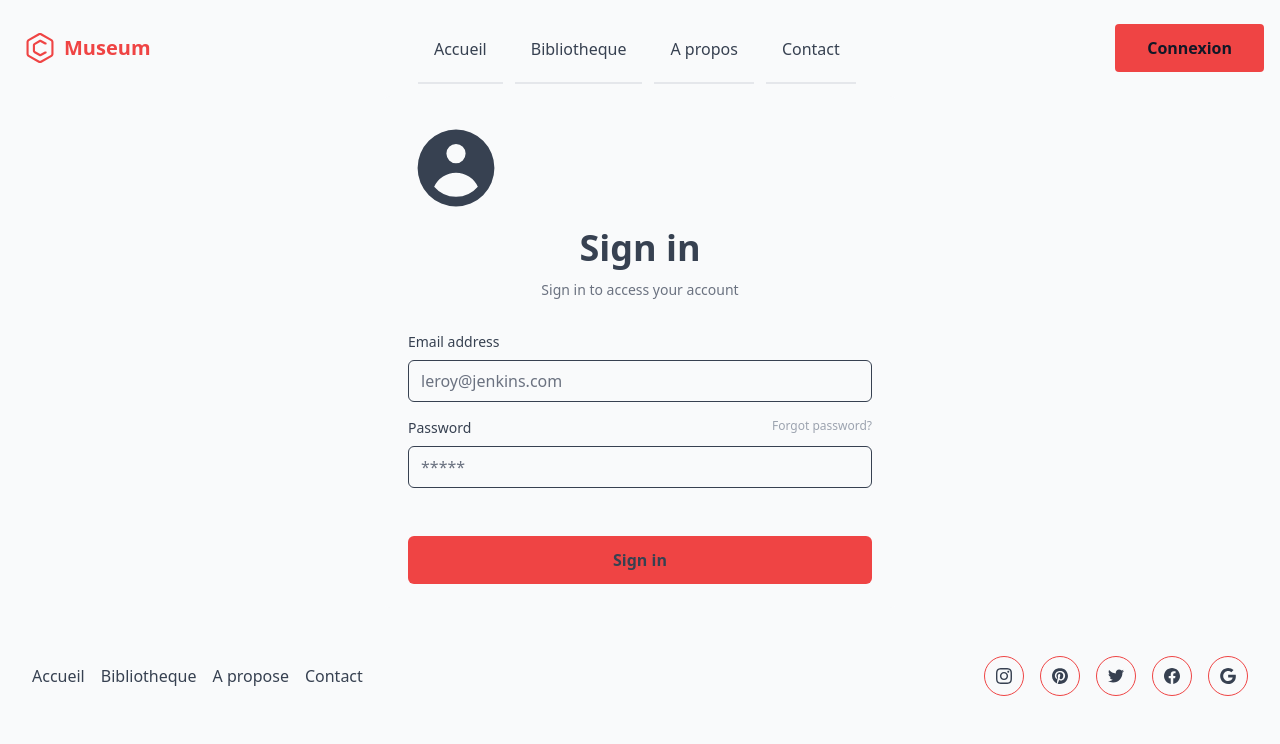
Repository: erulabs243/museum
Page: /login
An editor plug-in stored every save of this project. The page is shown before and after the next save, followed by the edit.
The browser window is 1280 px wide. The pictures show the whole page.
The project was rebuilt for these pictures with package versions that can differ from the ones it lists, and the page was loaded fresh each time. Also part of the build but not shown: vite.config.js, src/pages/admin/Home.jsx, src/pages/commons/NotFound.jsx, src/components/atoms/TagBadge.jsx, src/components/atoms/MyAudioPlayer.jsx, src/components/atoms/MyVideoPlayer.jsx, src/components/atoms/MediaCard.jsx, src/components/sections/Testimonial.jsx and 16 more.

Above is the page before, as saved 2022-08-10 19:00:01.

### index.html
<!DOCTYPE html>
<html lang="en">
  <head>
    <meta charset="UTF-8" />
    <link rel="icon" type="image/svg+xml" href="/vite.svg" />
    <link rel="stylesheet" href="src/theme/App.css">
    <meta name="viewport" content="width=device-width, initial-scale=1.0" />
    <title>Museum...</title>
  </head>
  <body class="bg-gray-50">
    <div id="root"></div>
    <script type="module" src="/src/main.jsx"></script>
  </body>
</html>

### src/App.jsx
'use strict';

import {BrowserRouter, Route, Routes} from 'react-router-dom';
import { AdminRoutes, CommonsRoutes, UserRoutes, AuthRoutes } from './routes';

const App = () => {
  return (
      <BrowserRouter>
        <Routes>
          {AuthRoutes.map(route => <Route path={route.path} key={route.path} element={route.element} />)}
          {UserRoutes.map(route => <Route path={route.path} key={route.path} element={route.element} />)}
          {AdminRoutes.map(route => <Route path={route.path} key={route.path} element={route.element} />)}
          {CommonsRoutes.map(route => <Route path={route.path} key={route.path} element={route.element} />)}
        </Routes>
      </BrowserRouter>
  );
};

export default App

### src/routes/index.jsx
'use strict';

import AdminRoutes from "./AdminRoutes";
import CommonsRoutes from "./CommonsRoutes";
import UserRoutes from "./UserRoutes";
import AuthRoutes from "./AuthRoutes";

export {UserRoutes, AdminRoutes, CommonsRoutes, AuthRoutes};

### src/routes/AdminRoutes.jsx
'use strict';

import { Home } from "../pages/admin";

const AdminRoutes = [
    {
        path: '/admin',
        element: <Home />
    }
];

export default AdminRoutes;

### src/routes/CommonsRoutes.jsx
'use strict';

import { NotFound } from '../pages/commons';

const CommonsRoutes = [
    {
        path: '*',
        element: <NotFound />
    }
];

export default CommonsRoutes;

### src/routes/UserRoutes.jsx
'use strict';

import {
    About,
    Contact,
    Gallery,
    Home,
    Library,
    Podcast,
    Story,
    Testimonials,
    Videos
} from '../pages/user';

const UserRoutes = [
    {
        path: '/',
        element: <Home />
    },
    {
        path: '/contact',
        element: <Contact />
    },
    {
        path: '/library',
        element: <Library />
    },
    {
        path: '/stories',
        element: <Testimonials />
    },
    {
        path: '/stories/:slug',
        element: <Story />
    },
    {
        path: '/gallery',
        element: <Gallery />
    },
    {
        path: '/videos',
        element: <Videos />
    },
    {
        path: '/podcast',
        element: <Podcast />
    },
    {
        path: '/about',
        element: <About />
    }
];

export default UserRoutes;

### src/routes/AuthRoutes.jsx
'use strict';

import { Login } from '../pages/auth';

const AuthRoutes = [
    {
        path: '/login',
        element: <Login />
    }
];

export default AuthRoutes;

### src/pages/admin/index.jsx
'use strict';

import Home from './Home';

export {Home};

### src/pages/commons/index.jsx
'use strict';

import NotFound from './NotFound';

export { NotFound };

### src/pages/user/index.jsx
'use strict';

import Blog from './Blog';
import Contact from './Contact';
import Gallery from './Gallery';
import Library from './Library';
import Podcast from './Podcast';
import Testimonials from './Testimonials';
import Videos from './Videos';
import Home from './Home';
import Story from './Story';
import About from './About';

export { Home, Blog, Contact, Gallery, Library, Podcast, Testimonials, Videos, Story, About };

### src/pages/auth/index.jsx
'use strict';

import Login from "./Login";

export {Login};

### src/pages/auth/Login.jsx
'use strict';

import { UserCircleIcon } from '@heroicons/react/solid';
import { Navbar, Footer } from '../../components/sections';

const Login = () => {
    return (
        <main>
            <Navbar />

            <div className="flex flex-col mx-auto max-w-lg p-6 py-48 rounded-md bg-gray-50 text-gray-700">
                <div className="mb-8 text-center">
                    <UserCircleIcon className="w-24 h-24" />
                    <h1 className="my-3 text-4xl font-bold">Sign in</h1>
                    <p className="text-sm text-gray-500">Sign in to access your account</p>
                </div>
                <form
                    noValidate=""
                    action=""
                    className="space-y-12 ng-untouched ng-pristine ng-valid">
                    <div className="space-y-4">
                        <div>
                            <label htmlFor="email" className="block mb-2 text-sm">
                                Email address
                            </label>
                            <input
                                type="email"
                                name="email"
                                id="email"
                                placeholder="leroy@jenkins.com"
                                className="w-full px-3 py-2 border rounded-md border-gray-700 bg-gray-50 text-gray-700"
                            />
                        </div>
                        <div>
                            <div className="flex justify-between mb-2">
                                <label htmlFor="password" className="text-sm">
                                    Password
                                </label>
                                <a
                                    rel="noopener noreferrer"
                                    href="#"
                                    className="text-xs hover:underline text-gray-400">
                                    Forgot password?
                                </a>
                            </div>
                            <input
                                type="password"
                                name="password"
                                id="password"
                                placeholder="*****"
                                className="w-full px-3 py-2 border rounded-md border-gray-700 bg-gray-50 text-gray-700"
                            />
                        </div>
                    </div>
                    <div className="space-y-2">
                        <div>
                            <button
                                type="button"
                                className="w-full px-8 py-3 font-semibold rounded-md bg-red-500 text-gray-700">
                                Sign in
                            </button>
                        </div>
                    </div>
                </form>
            </div>

            <Footer />
        </main>
    );
};

export default Login;

### src/components/sections/index.jsx
'use strict';

import Navbar from './Navbar';
import Footer from './Footer';
import Testimonial from './Testimonial';
import LibraryHeader from './LibraryHeader';
import Pagination from './Pagination';
import Article from './Article';
import Image from './Image';
import Modal from './Modal';

export { Navbar, Footer, Testimonial, LibraryHeader, Pagination, Article, Image, Modal };

### src/components/atoms/index.jsx
'use strict';

import NavLink from './headers/NavLink';
import Button from './headers/Button';
import TagBadge from './TagBadge';
import MyAudioPlayer from './MyAudioPlayer';
import MyVideoPlayer from './MyVideoPlayer';
import MediaCard from './MediaCard';

export { Button, NavLink, TagBadge, MyAudioPlayer, MyVideoPlayer, MediaCard };

### src/components/sections/Navbar.jsx
'use strict';

import { Button, NavLink } from '../atoms';

import { MenuAlt1Icon } from '@heroicons/react/solid';

const setActiveMenu = (menu) => {
    const urlHref = window.location.href;
    let url = urlHref;
    url = url.substring(url.lastIndexOf('/') + 1);
    if (
        urlHref.includes('stories') ||
        urlHref.includes('videos') ||
        urlHref.includes('podcast') ||
        urlHref.includes('gallery')
    )
        url = 'library';

    return menu == 'home' && url == '' ? true : url.includes(menu);
};

const Navbar = () => {
    return (
        <header className="p-4 sticky top-0 bg-gray-50 text-gray-700">
            <div className="container flex justify-between h-16 mx-auto">
                <a
                    rel="noopener noreferrer"
                    href="#"
                    aria-label="Back to homepage"
                    className="flex items-center p-2">
                    <svg
                        xmlns="http://www.w3.org/2000/svg"
                        fill="currentColor"
                        viewBox="0 0 32 32"
                        className="w-8 h-8 text-red-500">
                        <path d="M27.912 7.289l-10.324-5.961c-0.455-0.268-1.002-0.425-1.588-0.425s-1.133 0.158-1.604 0.433l0.015-0.008-10.324 5.961c-0.955 0.561-1.586 1.582-1.588 2.75v11.922c0.002 1.168 0.635 2.189 1.574 2.742l0.016 0.008 10.322 5.961c0.455 0.267 1.004 0.425 1.59 0.425 0.584 0 1.131-0.158 1.602-0.433l-0.014 0.008 10.322-5.961c0.955-0.561 1.586-1.582 1.588-2.75v-11.922c-0.002-1.168-0.633-2.189-1.573-2.742zM27.383 21.961c0 0.389-0.211 0.73-0.526 0.914l-0.004 0.002-10.324 5.961c-0.152 0.088-0.334 0.142-0.53 0.142s-0.377-0.053-0.535-0.145l0.005 0.002-10.324-5.961c-0.319-0.186-0.529-0.527-0.529-0.916v-11.922c0-0.389 0.211-0.73 0.526-0.914l0.004-0.002 10.324-5.961c0.152-0.090 0.334-0.143 0.53-0.143s0.377 0.053 0.535 0.144l-0.006-0.002 10.324 5.961c0.319 0.185 0.529 0.527 0.529 0.916z"></path>
                        <path d="M22.094 19.451h-0.758c-0.188 0-0.363 0.049-0.515 0.135l0.006-0.004-4.574 2.512-5.282-3.049v-6.082l5.282-3.051 4.576 2.504c0.146 0.082 0.323 0.131 0.508 0.131h0.758c0.293 0 0.529-0.239 0.529-0.531v-0.716c0-0.2-0.11-0.373-0.271-0.463l-0.004-0.002-5.078-2.777c-0.293-0.164-0.645-0.26-1.015-0.26-0.39 0-0.756 0.106-1.070 0.289l0.010-0.006-5.281 3.049c-0.636 0.375-1.056 1.055-1.059 1.834v6.082c0 0.779 0.422 1.461 1.049 1.828l0.009 0.006 5.281 3.049c0.305 0.178 0.67 0.284 1.061 0.284 0.373 0 0.723-0.098 1.027-0.265l-0.012 0.006 5.080-2.787c0.166-0.091 0.276-0.265 0.276-0.465v-0.716c0-0.293-0.238-0.529-0.529-0.529z"></path>
                    </svg>
                    <span className="ml-2 text-xl font-semibold text-red-500">Museum</span>
                </a>
                <div className="absolute right-7 self-center lg:hidden">
                    <MenuAlt1Icon className="peer sticky w-7 h-7 text-gray-700 hover:text-red-500 hover:cursor-pointer" />
                    <ul className="peer-hover:flex items-stretch space-x-3 lg:hidden">
                        <li className="flex">
                            <NavLink
                                link={{ name: 'Accueil', path: '', active: setActiveMenu('home') }}
                            />
                        </li>
                        <li className="flex">
                            <NavLink
                                link={{
                                    name: 'Bibliotheque',
                                    path: 'stories',
                                    active: setActiveMenu('library')
                                }}
                            />
                        </li>
                        <li className="flex">
                            <NavLink
                                link={{
                                    name: 'A propos',
                                    path: 'about',
                                    active: setActiveMenu('about')
                                }}
                            />
                        </li>
                        <li className="flex">
                            <NavLink
                                link={{
                                    name: 'Contact',
                                    path: 'contact',
                                    active: setActiveMenu('contact')
                                }}
                            />
                        </li>
                    </ul>
                </div>
                <ul className="items-stretch hidden space-x-3 lg:flex">
                    <li className="flex">
                        <NavLink
                            link={{ name: 'Accueil', path: '', active: setActiveMenu('home') }}
                        />
                    </li>
                    <li className="flex">
                        <NavLink
                            link={{
                                name: 'Bibliotheque',
                                path: 'stories',
                                active: setActiveMenu('library')
                            }}
                        />
                    </li>
                    <li className="flex">
                        <NavLink
                            link={{
                                name: 'A propos',
                                path: 'about',
                                active: setActiveMenu('about')
                            }}
                        />
                    </li>
                    <li className="flex">
                        <NavLink
                            link={{
                                name: 'Contact',
                                path: 'contact',
                                active: setActiveMenu('contact')
                            }}
                        />
                    </li>
                </ul>
                <div className="items-center flex-shrink-0 hidden lg:flex">
                    {/* <button className="self-center px-8 py-3 rounded">Sign in</button> */}
                    <Button link={{ name: 'Connexion', path: 'login' }} />
                </div>
                <button className="p-4 lg:hidden">
                    <svg
                        xmlns="http://www.w3.org/2000/svg"
                        fill="none"
                        viewBox="0 0 24 24"
                        stroke="currentColor"
                        className="w-6 h-6 text-gray-100">
                        <path
                            strokeLinecap="round"
                            strokeLinejoin="round"
                            strokeWidth="2"
                            d="M4 6h16M4 12h16M4 18h16"></path>
                    </svg>
                </button>
            </div>
        </header>
    );
};

export default Navbar;

### src/components/atoms/headers/NavLink.jsx
'use strict';

import { Link } from 'react-router-dom';

const NavLink = ({ link = {} }) => {
  return (
    <Link
      rel="noopener noreferrer"
      to={`/${link.path}`}
      className={
        link.active
          ? 'flex items-center px-4 -mb-1 border-b-2 dark:border-transparent dark:text-red-500 dark:border-red-500'
          : 'flex items-center px-4 -mb-1 border-b-2 dark:border-transparent'
      }>
      {link.name}
    </Link>
  );
};

export default NavLink;

### src/components/atoms/headers/Button.jsx
'use strict';

import PropTypes from 'prop-types';
import { Link } from 'react-router-dom';

const Button = ({ link = {} }) => {
    return (
        <Link
            to={`/${link.path}`}
            className="self-center px-8 py-3 font-semibold rounded bg-red-500 text-gray-900">
            {link.name}
        </Link>
    );
};

Button.propTypes = {
    link: PropTypes.object.isRequired
};

export default Button;

Loaded but not shown: src/main.jsx (common file); src/theme/App.css (2450 lines, source omitted); src/components/sections/Footer.jsx (105 lines, source omitted)

After the next save:
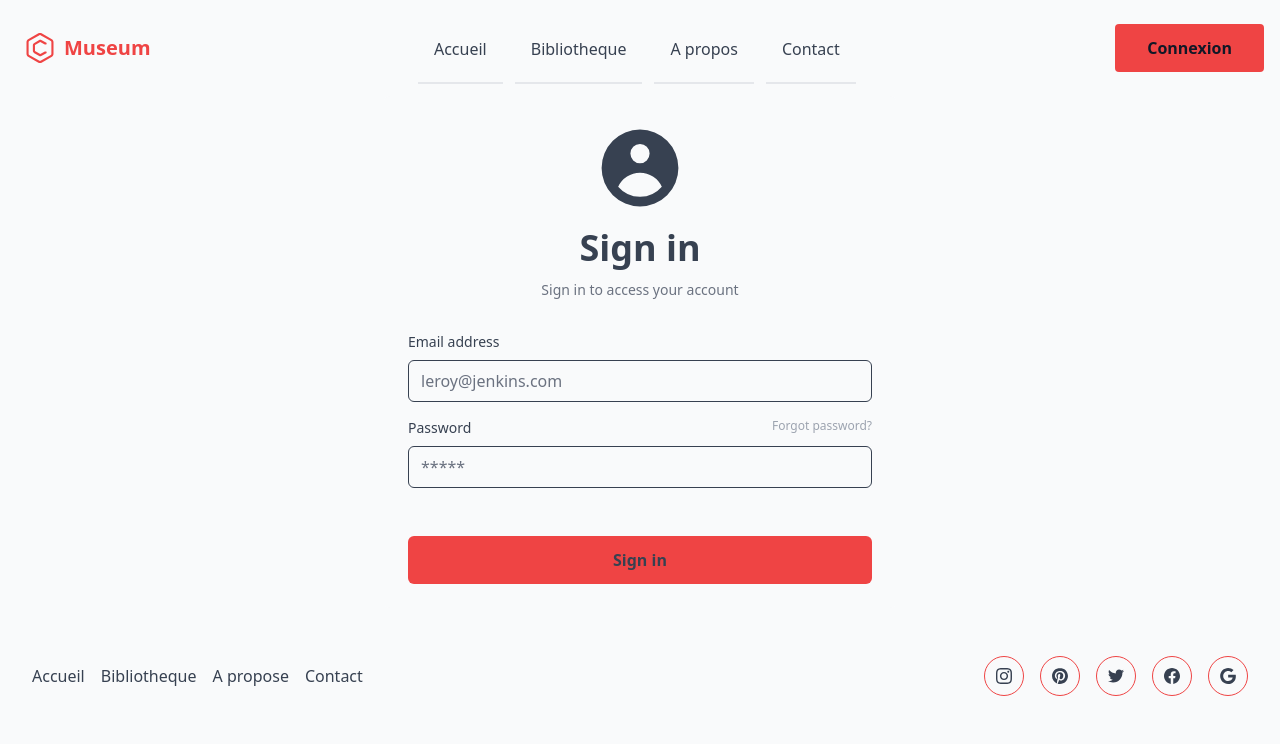
Saved 9 s later.
--- a/src/pages/auth/Login.jsx
+++ b/src/pages/auth/Login.jsx
@@ -10,7 +10,7 @@ const Login = () => {
 
             <div className="flex flex-col mx-auto max-w-lg p-6 py-48 rounded-md bg-gray-50 text-gray-700">
                 <div className="mb-8 text-center">
-                    <UserCircleIcon className="w-24 h-24" />
+                    <UserCircleIcon className="w-24 h-24 mx-auto" />
                     <h1 className="my-3 text-4xl font-bold">Sign in</h1>
                     <p className="text-sm text-gray-500">Sign in to access your account</p>
                 </div>
